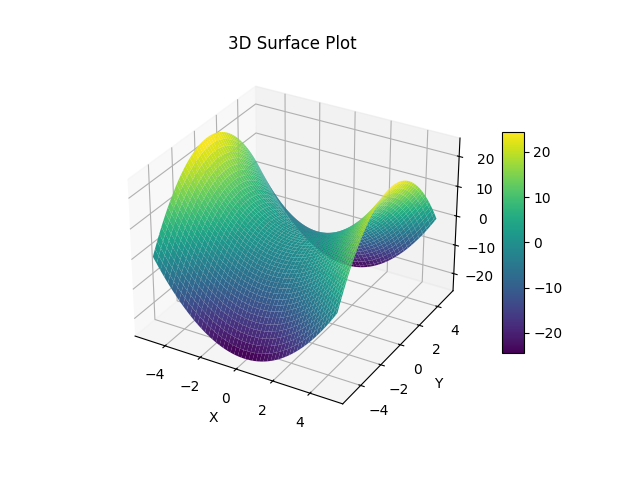
Repository: leoh1223/HW_Python
Script's output: python HW.py
An editor plug-in stored every save of this project. The script's output is shown before and after the next save, followed by the edit.
Random numbers start from a fixed seed.

Above is the script's output before, as saved 2024-01-08 15:24:59.

After the next save:
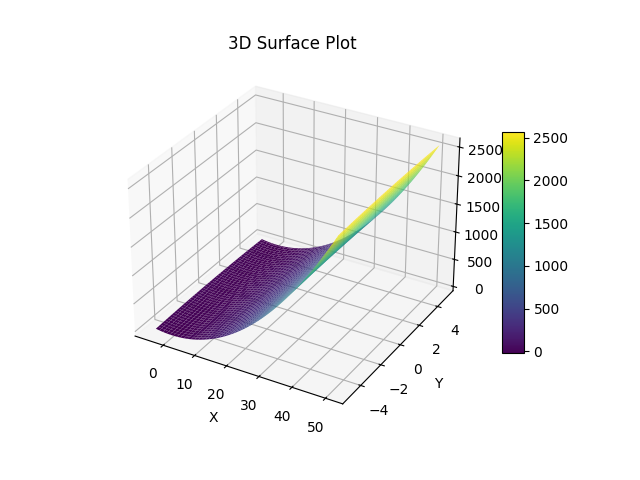
Saved 21 s later.
--- a/HW.py
+++ b/HW.py
@@ -3,7 +3,7 @@ import matplotlib.pyplot as plt
 # from mpl_toolkits.mplot3d import Axes3D
 
 # Create a meshgrid of x and y values
-x = np.linspace(-5, 5, 100)
+x = np.linspace(-5, 51, 100)
 y = np.linspace(-5, 5, 100)
 x, y = np.meshgrid(x, y)
 
